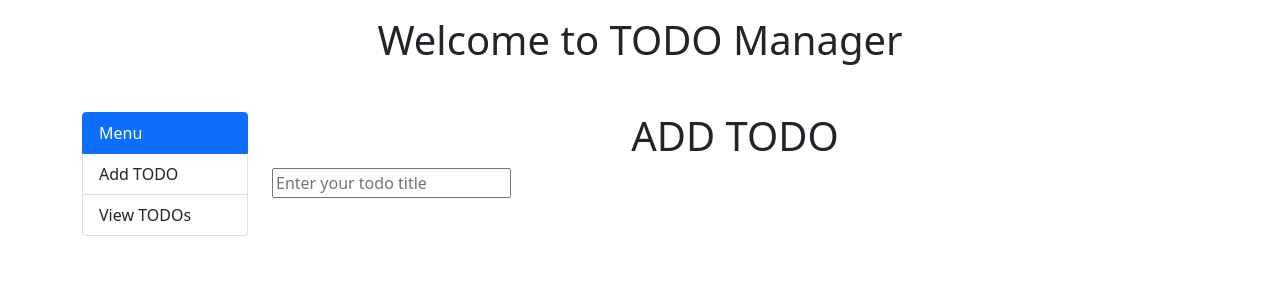
Repository: Tanmoy4672/Hibernate
Page: http://localhost/SpringMVCProject/add
The author's editor kept a copy of each file at every save. The page is drawn from the files as they stood at one save, then again after the next save.
The browser window is 1280 px wide. The pictures show the whole page.
The page is served by Tomcat 9. Other server files are loaded and not shown.

Above is the page before, as saved 2021-12-20 00:07:16.

### SpringMVCProject/src/main/webapp/WEB-INF/pages/home.jsp
<%@ page language="java" contentType="text/html; charset=ISO-8859-1"
	pageEncoding="ISO-8859-1"%>

<%@ taglib prefix="form" uri="http://www.springframework.org/tags/form"%>
<%@ taglib uri="http://java.sun.com/jsp/jstl/core" prefix="c"%>
<%@page isELIgnored="false"%>
<!doctype html>
<html lang="en">
<head>
<!-- Required meta tags -->
<meta charset="utf-8">
<meta name="viewport" content="width=device-width, initial-scale=1">

<!-- Bootstrap CSS -->
<link
	href="https://cdn.jsdelivr.net/npm/bootstrap@5.0.2/dist/css/bootstrap.min.css"
	rel="stylesheet"
	integrity="sha384-EVSTQN3/azprG1Anm3QDgpJLIm9Nao0Yz1ztcQTwFspd3yD65VohhpuuCOmLASjC"
	crossorigin="anonymous">

<title><c:out value="${page }"></c:out></title>
</head>
<body>
	<div class="container mt-3">
		<h1 class="text-center">Welcome to TODO Manager</h1>
		<div class="row mt-5">

			<div class="col-md-2">
				<div class="list-group">
					<button type="button"
						class="list-group-item list-group-item-action active"
						aria-current="true">Menu</button>
					<a href="<c:url value='/add'></c:url>"
						class="list-group-item list-group-item-action">Add TODO</a> <a
						href="<c:url value='/home'></c:url>"
						class="list-group-item list-group-item-action">View TODOs</a>
				</div>
			</div>
			<div class="col-md-10">
				<c:if test="${page=='home' }">
					<h1 class="text-center">All TODOS</h1>
				</c:if>
				<c:if test="${page=='add' }">
					<h1 class="text-center">ADD TODO</h1>

					<form:form action="/saveTodo" method="POST" modelAttribute="todo">
						<div class="form-group">
							<form:input path="todoTitle" cssClass="from-control"
								placeholder="Enter your todo title" />
						</div>
					</form:form>
				</c:if>


			</div>
		</div>
	</div>


















	<!-- Optional JavaScript; choose one of the two! -->

	<!-- Option 1: Bootstrap Bundle with Popper -->
	<script
		src="https://cdn.jsdelivr.net/npm/bootstrap@5.0.2/dist/js/bootstrap.bundle.min.js"
		integrity="sha384-MrcW6ZMFYlzcLA8Nl+NtUVF0sA7MsXsP1UyJoMp4YLEuNSfAP+JcXn/tWtIaxVXM"
		crossorigin="anonymous"></script>

	<!-- Option 2: Separate Popper and Bootstrap JS -->

	<script
		src="https://cdn.jsdelivr.net/npm/@popperjs/core@2.9.2/dist/umd/popper.min.js"
		integrity="sha384-IQsoLXl5PILFhosVNubq5LC7Qb9DXgDA9i+tQ8Zj3iwWAwPtgFTxbJ8NT4GN1R8p"
		crossorigin="anonymous"></script>
	<script
		src="https://cdn.jsdelivr.net/npm/bootstrap@5.0.2/dist/js/bootstrap.min.js"
		integrity="sha384-cVKIPhGWiC2Al4u+LWgxfKTRIcfu0JTxR+EQDz/bgldoEyl4H0zUF0QKbrJ0EcQF"
		crossorigin="anonymous"></script>

</body>
</html>

### SpringMVCProject/src/main/java/com/entities/Todo.java
package com.entities;

import java.util.Date;

public class Todo {

	private String todoTitle;
	private String todoContent;
	private Date todoDate;


	public Todo(String todoTitle, String todoContent, Date todoDate) {
		super();
		this.todoTitle = todoTitle;
		this.todoContent = todoContent;
		this.todoDate = todoDate;
	}




	public Todo() {
		super();
		// TODO Auto-generated constructor stub
	}




	public String getTodoTitle() {
		return todoTitle;
	}


	public void setTodoTitle(String todoTitle) {
		this.todoTitle = todoTitle;
	}


	public String getTodoContent() {
		return todoContent;
	}


	public void setTodoContent(String todoContent) {
		this.todoContent = todoContent;
	}


	public Date getTodoDate() {
		return todoDate;
	}


	public void setTodoDate(Date todoDate) {
		this.todoDate = todoDate;
	}


	@Override
	public String toString() {
		// TODO Auto-generated method stub
		return this.getTodoTitle()+":"+this.todoContent;
	}


}

After the next save:
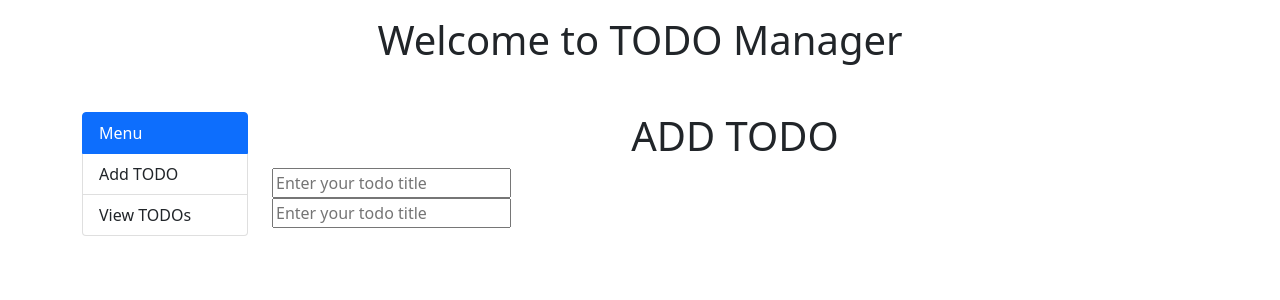
Saved 19 s later.
--- a/SpringMVCProject/src/main/webapp/WEB-INF/pages/home.jsp
+++ b/SpringMVCProject/src/main/webapp/WEB-INF/pages/home.jsp
@@ -48,6 +48,10 @@
 							<form:input path="todoTitle" cssClass="from-control"
 								placeholder="Enter your todo title" />
 						</div>
+						<div class="form-group">
+							<form:input path="todoTitle" cssClass="from-control"
+								placeholder="Enter your todo title" />
+						</div>
 					</form:form>
 				</c:if>
 
